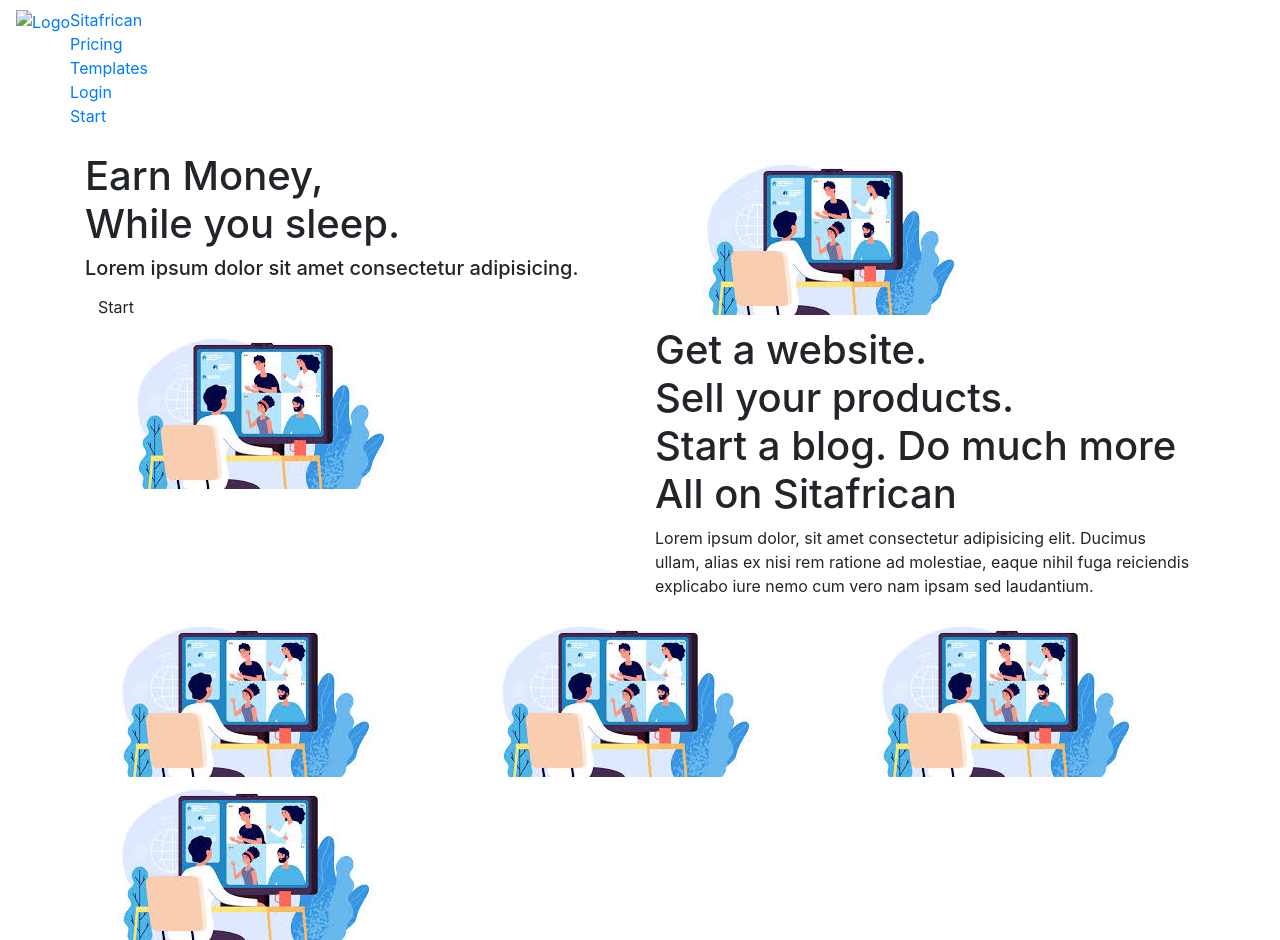
Repository: latenightsnacc/Static-Web-Projects
Page: Sitadel/index.html
An editor plug-in stored every save of this project. The page is shown before and after the next save, followed by the edit.
The browser window is 1280 px wide. The pictures show the whole page.
The style sheet was rebuilt from its Sass, Less or Tailwind sources for each picture, by a compiler version that may differ from the author's.

Above is the page before, as saved 2020-11-09 12:09:03.

After the next save:
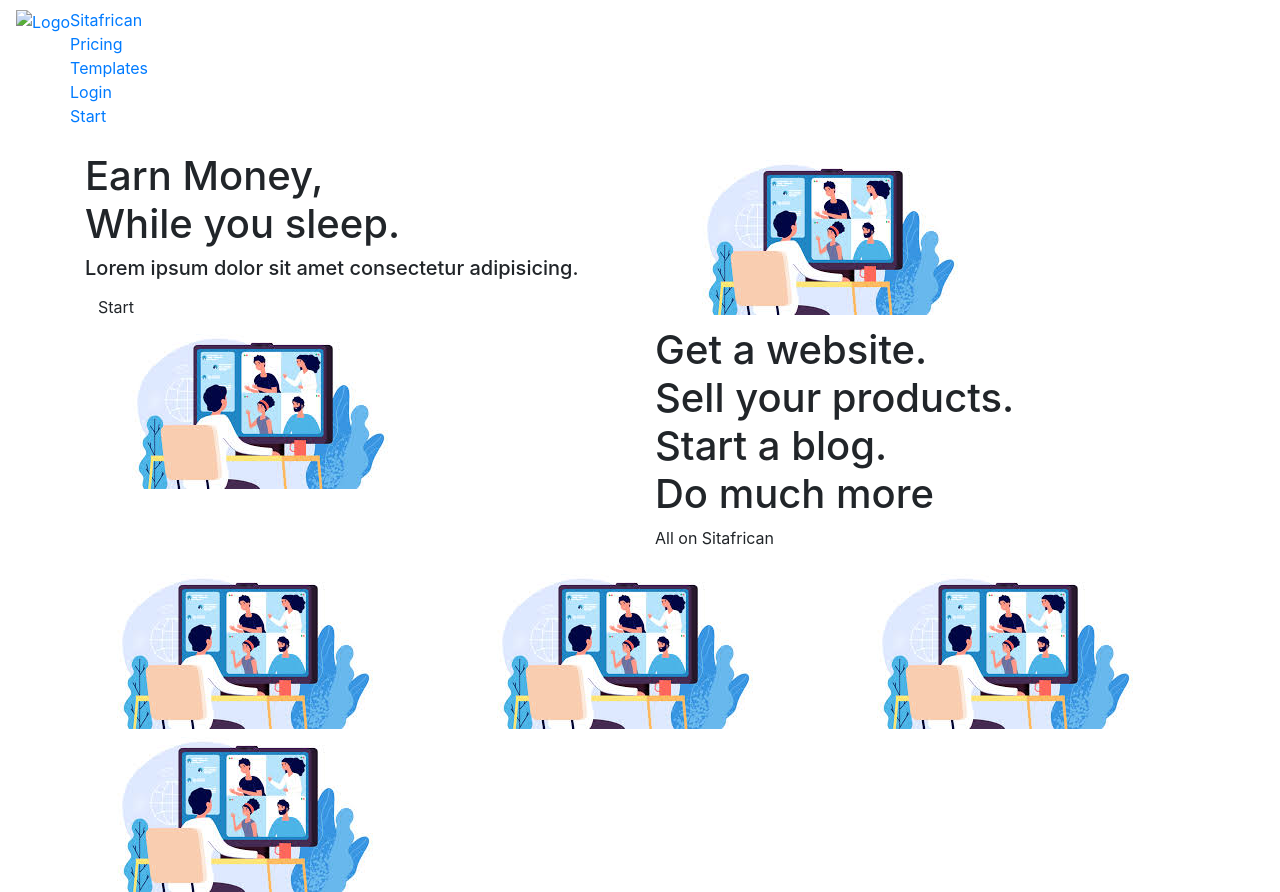
Saved 53 s later.
--- a/Sitadel/index.html
+++ b/Sitadel/index.html
@@ -76,8 +76,8 @@
             <!--Text-->
             <div class="col-xs-12 col-s-12 col-md-6 col-lg-6 col-xl-6">
                 <div class="text-box">
-                    <h1>Get a website. <br/>Sell your products.<br/> Start a blog. Do much more<br/><span>All on Sitafrican</span></h1>
-                    <p>Lorem ipsum dolor, sit amet consectetur adipisicing elit. Ducimus ullam, alias ex nisi rem ratione ad molestiae, eaque nihil fuga reiciendis explicabo iure nemo cum vero nam ipsam sed laudantium.</p>
+                    <h1>Get a website. <br/>Sell your products.<br/> Start a blog.<br/> Do much more</h1>
+                    <p>All on Sitafrican</p>
                 </div>
             </div>
         </div>
